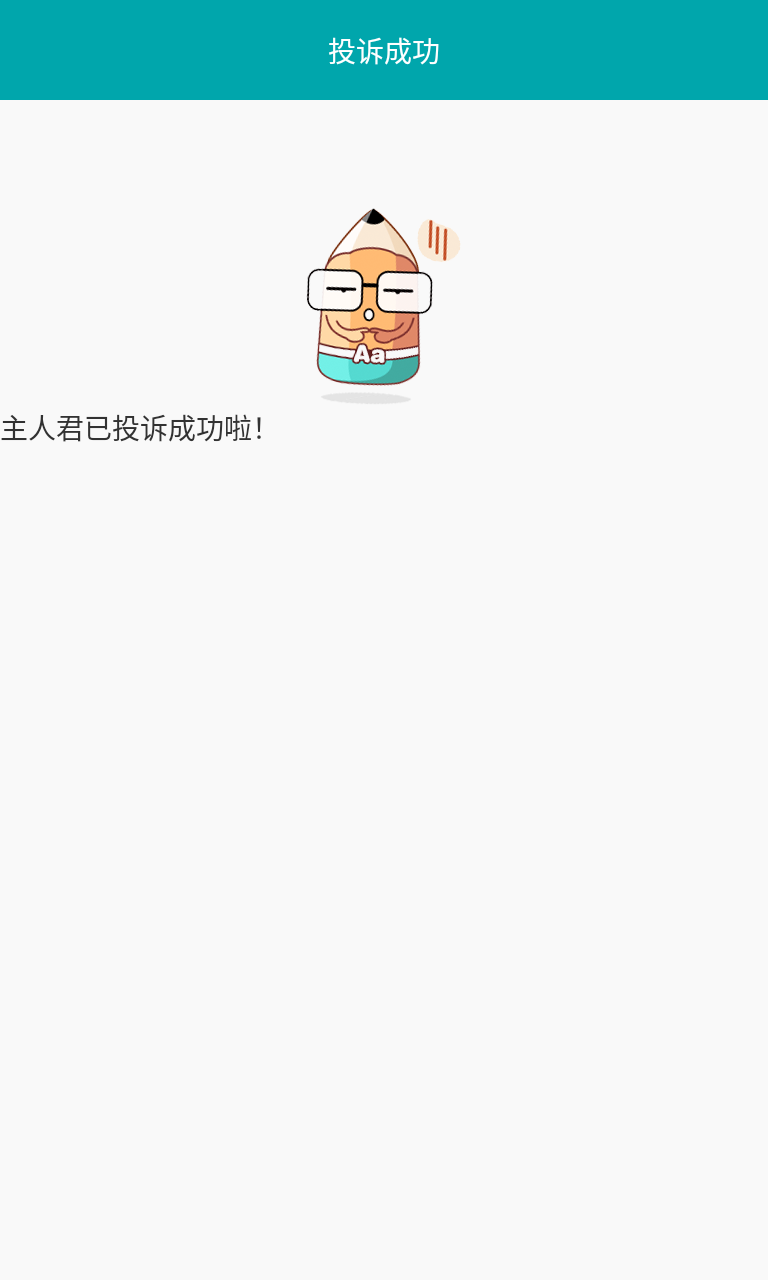
Repository: 2015-Forever/JWD
Layout: Jwd/res/layout/activity_complaint_success.xml
The author's editor kept a copy of each file at every save. The layout is drawn from the files as they stood at one save, then again after the next save.
It is drawn on a 768 x 1280 px phone screen (xhdpi) without system bars, with theme AppTheme; the app's code is not run.

Above is the layout before, as saved 2015-07-16 08:15:27.

### Jwd/res/layout/activity_complaint_success.xml
<?xml version="1.0" encoding="utf-8"?>
<LinearLayout xmlns:android="http://schemas.android.com/apk/res/android"
    android:layout_width="match_parent"
    android:layout_height="match_parent"
    android:background="#F9F9F9"
    android:orientation="vertical" >

    <LinearLayout
        android:layout_width="match_parent"
        android:layout_height="50dp"
        android:background="#00a6ac"
        android:gravity="center" >

        <TextView
            android:layout_width="wrap_content"
            android:layout_height="wrap_content"
            android:text="投诉成功"
            android:textColor="#ffffff" />
    </LinearLayout>

    <ImageView
        android:layout_width="wrap_content"
        android:layout_height="wrap_content"
        android:layout_gravity="center_horizontal"
        android:layout_marginTop="54dp"
        android:background="@drawable/complain_icon" />

    <TextView
        android:layout_width="wrap_content"
        android:layout_height="wrap_content"
        android:text="主人君已投诉成功啦！" />

</LinearLayout>

Loaded but not shown: Jwd/res/values/styles.xml (common file); Jwd/res/values-v11/styles.xml (common file); Jwd/res/values-v14/styles.xml (common file)

After the next save:
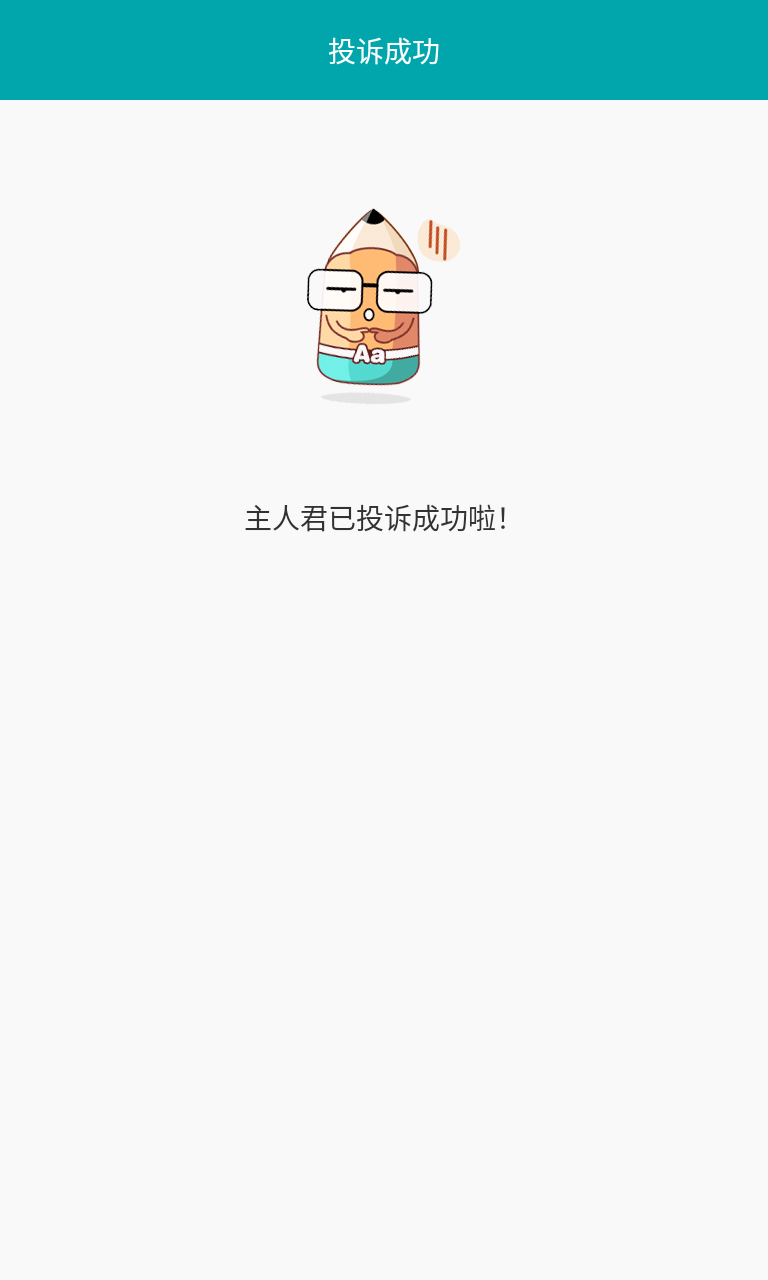
Saved 23 s later.
--- a/Jwd/res/layout/activity_complaint_success.xml
+++ b/Jwd/res/layout/activity_complaint_success.xml
@@ -28,6 +28,8 @@
     <TextView
         android:layout_width="wrap_content"
         android:layout_height="wrap_content"
-        android:text="主人君已投诉成功啦！" />
+        android:text="主人君已投诉成功啦！"
+        android:layout_gravity="center_horizontal"
+        android:layout_marginTop="45dp"/>
 
 </LinearLayout>
